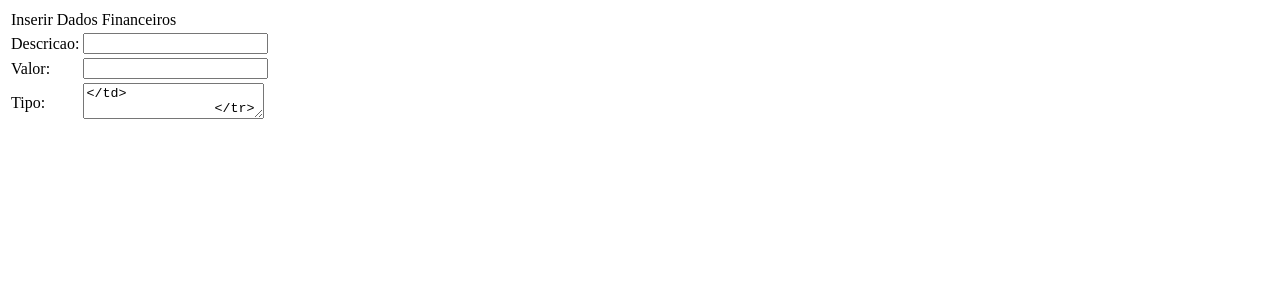
Repository: TadeuN1/PersonalProject-mySQL-eclipseIDE
Page: Movimentacoes/src/main/webapp/InfoMovimentacoes.html
The author's editor kept a copy of each file at every save. The page is drawn from the files as they stood at one save, then again after the next save.
The browser window is 1280 px wide. The pictures show the whole page.

Above is the page before, as saved 2023-06-28 20:25:08.

### Movimentacoes/src/main/webapp/InfoMovimentacoes.html
<!DOCTYPE html>
<html>
<head>
<meta charset="ISO-8859-1">
<title>Especificacao de dados</title>
</head>
<body>


<form method="POST" action="InfoMovimentacoes">
	<table>
		<tr>
			<td colspan="2">Inserir Dados Financeiros</td>
		</tr>
		<tr>
			<td>Descricao:</td>
			<td><input type="text" name="descricao"></td>
		</tr>
		<tr>
			<td>Valor:</td>
			<td><input type="text" name="valor"></td>
		</tr>
		<tr>
			<td>Tipo:</td>
		<td><textarea name="tipo"></td>
		</tr>
		<tr>
		<td>FormaPagamento:</td>
		<td><input type="text" name="formapagamento"></td>
		</tr>
		</table>
		<br><br>
		<input type="Submit" name="Gravar">
		</form>
		</body>
		</html>

After the next save:
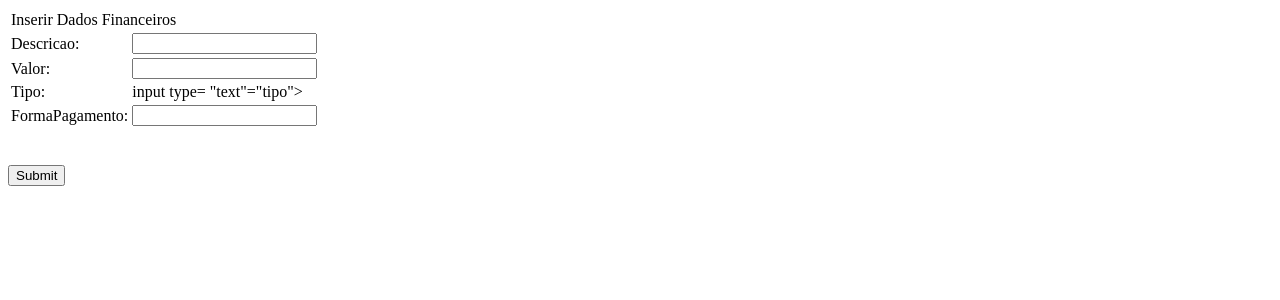
Saved 65 s later.
--- a/Movimentacoes/src/main/webapp/InfoMovimentacoes.html
+++ b/Movimentacoes/src/main/webapp/InfoMovimentacoes.html
@@ -22,7 +22,7 @@
 		</tr>
 		<tr>
 			<td>Tipo:</td>
-		<td><textarea name="tipo"></td>
+			<td>input type= "text"="tipo"></td>
 		</tr>
 		<tr>
 		<td>FormaPagamento:</td>
